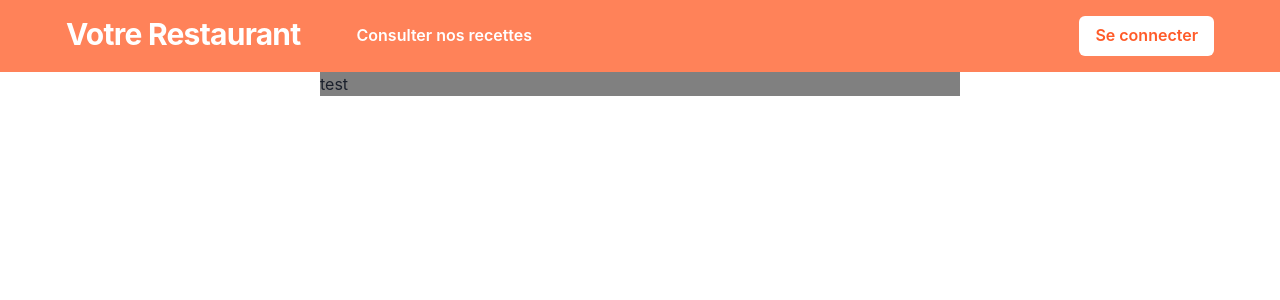
Repository: Ecaron76/tp-restau-next
Page: /
These files come from the project's save history. The page is drawn as it stood at one moment and after the next save; the edit follows.
The browser window is 1280 px wide. The pictures show the whole page.
The project was rebuilt for these pictures with package versions that can differ from the ones it lists, and the page was loaded fresh each time. The framework's server and built-in components were replaced by stand-ins that run in the browser. Also part of the build but not shown: next.config.mjs.

Above is the page before, as saved 2024-02-25 18:20:33.

After the next save:
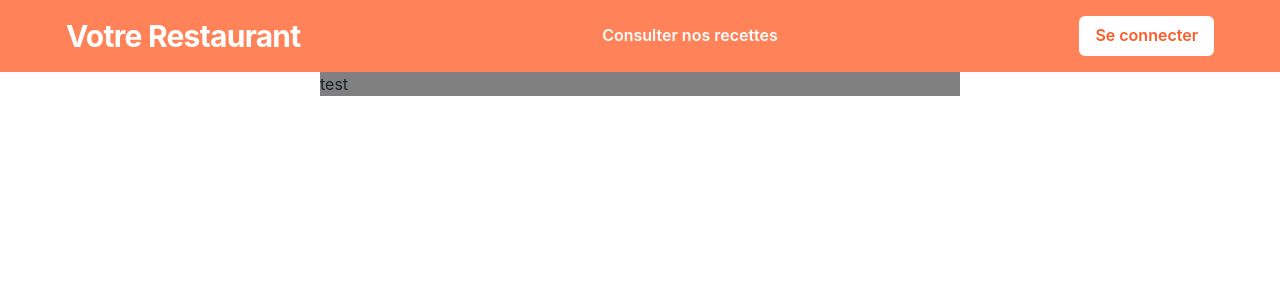
Saved 28 s later.
--- a/src/components/Header/Header.tsx
+++ b/src/components/Header/Header.tsx
@@ -12,13 +12,14 @@
               Votre Restaurant
           </NextLink>
         </Heading>
+
+        </Box>
         <Box>
           <NextLink href="/recettes" passHref>
             <Button  variant="ghost" color={'white'}>
               Consulter nos recettes
             </Button>
           </NextLink>
-        </Box>
         </Box>
         <Box>
           <NextLink href="/login" passHref>

After the 3 saves that followed:
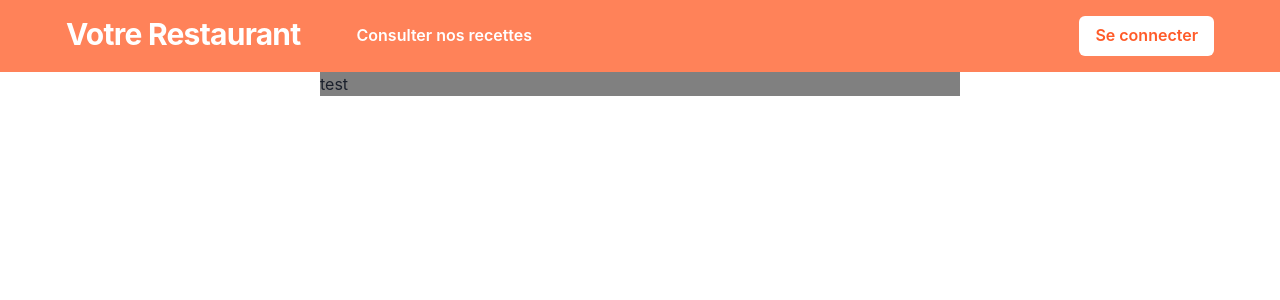
The 3 saves are shown as one change because 1 left the picture as it was and some came seconds apart.
The last was saved 38 s later.
--- a/src/components/Header/Header.tsx
+++ b/src/components/Header/Header.tsx
@@ -12,14 +12,13 @@
               Votre Restaurant
           </NextLink>
         </Heading>
-
-        </Box>
         <Box>
           <NextLink href="/recettes" passHref>
             <Button  variant="ghost" color={'white'}>
               Consulter nos recettes
             </Button>
           </NextLink>
+        </Box>
         </Box>
         <Box>
           <NextLink href="/login" passHref>
